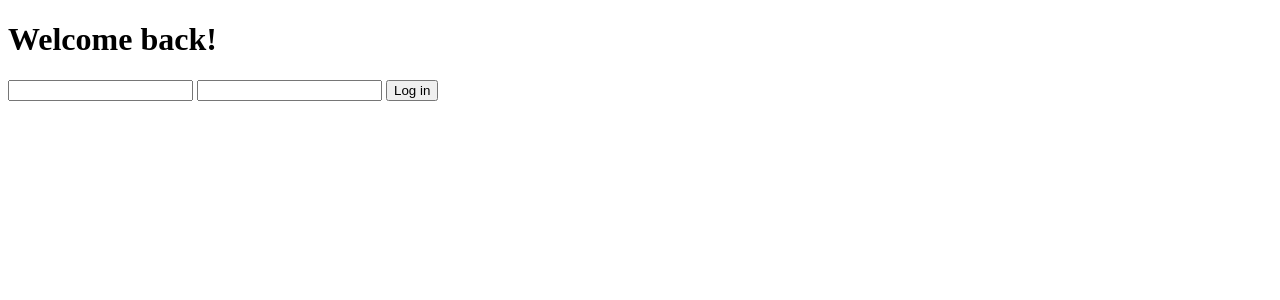
Repository: NicolasssCarlos/basic-flask-login
Page: http://localhost/
An editor plug-in stored every save of this project. The page is shown before and after the next save, followed by the edit.
The browser window is 1280 px wide. The pictures show the whole page.
The page is served by the project's application, run on Flask 3 (app.py).

Above is the page before, as saved 2025-06-11 19:37:03.

### templates/index.html
<!DOCTYPE html>
<html lang="en">
<head>
    <meta charset="UTF-8">
    <meta name="viewport" content="width=device-width, initial-scale=1.0">
    <title>Document</title>
</head>
<body>


    <div class="container">


        <h1>Welcome back!</h1>


        <div class="login">


            <form method="post">



              <input type="email" name="email" id="email">


              <input type="password" name="password" id="password">


              <button type="submit">Log in</button>



            </form>



        </div>


        {% if login_success %}


            {{ welcome }}


        {% else %}


            {{ error }}


        {% endif %}



    </div>



</body>
</html>

### app.py
from flask import Flask, render_template, request

import sqlite3


app = Flask(__name__)



connection = sqlite3.connect("users_log.db")



cursor = connection.cursor()


cursor.execute ("""



            CREATE TABLE IF NOT EXISTS users_log (


                id INTEGER PRIMARY KEY AUTOINCREMENT,


                name TEXT,


                username TEXT,


                email TEXT,


                password TEXT

            )



                """)



@app.route("/", methods=["POST", "GET"])



def home():


    welcome = error = ""


    if request.method == "POST":


      email = request.form.get("email")


      password = request.form.get("password")


      cursor.execute("SELECT * FROM users_log WHERE email = ?", (email, ))


      user_found = cursor.fetchone()


      if user_found:


         password_right = user_found[4]


         if password_right == password:

            welcome = f"Welcome, {user_found[1]}"


         else:


            error = "Login failed. Incorrect email or password"



    return render_template("index.html", welcome=welcome, error=error)


@app.route("/signup", methods=["POST", "GET"])


def signup():


   if request.method == "POST":


      errors = []


      welcome = ""


      name = request.form.get("name")


      username = request.form.get("username")


      email = request.form.get("email")


      password = request.form.get("password")


      if name and username and email and password:


        cursor.execute("SELECT * FROM users_log WHERE email = ?", (email,))


        if cursor.fetchone():


           errors.append("Email is already in use")


        cursor.execute("SELECT * FROM users_log WHERE username = ?", (username,))


        if cursor.fetchone():


           errors.append("username is already in use")

        if not errors:



         cursor.execute("INSERT INTO users_log (name, username, email, password) VALUES (?, ?, ?, ?)", (name, username, email, password))


         cursor.execute("SELECT * FROM users_log WHERE username = ?", (username,))


         users = cursor.fetchone()


         user_name = users[1]


         welcome = f"Welcome, {user_name}"



   return render_template("login.html", errors=errors, welcome=welcome)



if __name__ == "__main__":


    app.run(debug=True)

After the next save:
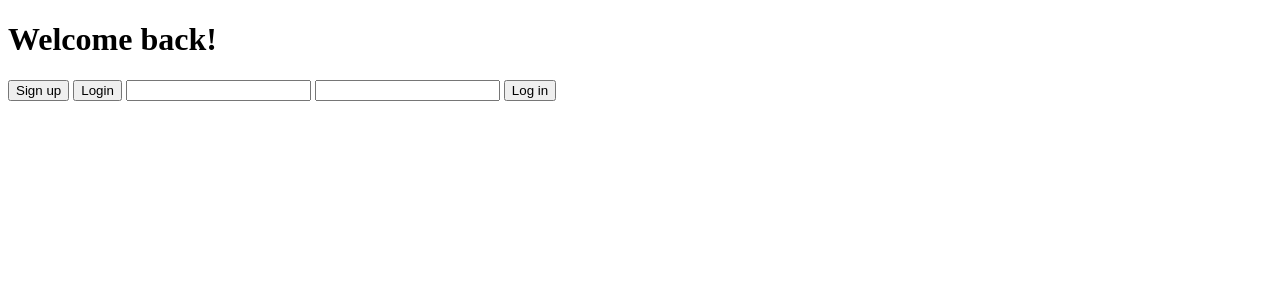
Saved 2 min 19 s later.
--- a/templates/index.html
+++ b/templates/index.html
@@ -19,6 +19,11 @@
 
             <form method="post">
 
+
+              <button>Sign up</button>
+
+
+              <button>Login</button>
 
 
               <input type="email" name="email" id="email">
